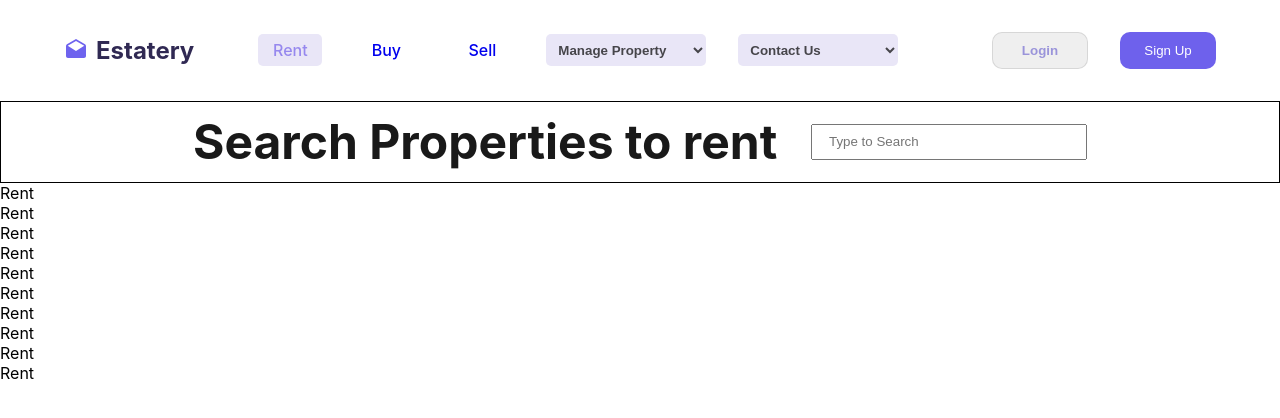
Repository: kapil4457/Reunion-Internship-Assignment
Page: /
These files come from the project's save history. The page is drawn as it stood at one moment and after the next save; the edit follows.
The browser window is 1280 px wide. The pictures show the whole page.
The project was rebuilt for these pictures with package versions that can differ from the ones it lists, and the page was loaded fresh each time. Also part of the build but not shown: src/App.css.

Above is the page before, as saved 2022-10-05 12:43:20.

### src/App.js
import { Route, Routes } from 'react-router-dom';
import './App.css';
import Header from './components/Header/Header';
import Home from  './components/Home/Home'
import Rent from './components/Rent/Rent';

function App() {
  return (
    <>
    <Header />
    <Routes>
      <Route path='/' element={<Home/>}/>
      <Route path='/rent' element={<Rent/>}/>
    </Routes>
    </>
  );
}

export default App;

### src/components/Header/Header.jsx
import React from "react";
import DraftsIcon from "@mui/icons-material/Drafts";
import { NavLink } from "react-router-dom";
import "./Header.css";
const Header = () => {
  return (
    <>
      <div className="header">
        <div className="left">
          <div className="logo">
            <DraftsIcon />
            <span>Estatery</span>
          </div>
          <div className="categories">
            <NavLink
              to="/rent"
              className={({ isActive }) => (isActive ? "activeClass" : "")}
            >
              Rent
            </NavLink>
            <NavLink
              strict
              to="/buy"
              className={({ isActive }) => (isActive ? "activeClass" : "")}
            >
              Buy
            </NavLink>
            <NavLink
              strict
              to="/sell"
              className={({ isActive }) => (isActive ? "activeClass" : "")}
            >
              Sell
            </NavLink>
            <select name="" id="manage">
              <option value="Manage Property" hidden>
                Manage Property
              </option>
              <option value="Owned">Owned</option>
              <option value="BookMarked">BookMarked</option>
            </select>
            <select name="" id="resources">
              <option value="contact">Contact Us</option>
              <option value="FAQ">FAQ</option>
            </select>
          </div>
        </div>
        <div className="right">
          <button className="login">Login</button>
          <button className="sign-up">Sign Up</button>
        </div>
      </div>
    </>
  );
};

export default Header;

### src/components/Home/Home.jsx
import React, { useEffect } from "react";
import { useNavigate } from "react-router-dom";

const Home = () => {
  const navigate = useNavigate();
  useEffect(() => {
    navigate("/rent");
  });
  return <></>;
};

export default Home;

### src/components/Rent/Rent.jsx
import React from "react";
import { home } from "../../home";
import RentCard from "../RentCard/RentCard";
import "./Rent.css";
const Rent = () => {
  return (
    <>
      <div className="rent-main">
        <div className="first">
          <div className="heading">Search Properties to rent</div>
          <input className="search-bar" placeholder="Type to Search" />
        </div>
        {home.map((item, idx) => (
          <RentCard data={item} key={idx} />
        ))}
      </div>
    </>
  );
};

export default Rent;

### src/components/Header/Header.css

.header{
display:flex;
justify-content:space-between;
align-items:center;
padding:2rem 4rem;
}

.left{
    display:flex;
    align-items:center;
    gap:4rem;
}
.left > .logo{
    display:flex;
    align-items:center;
    gap:0.5rem;
    font-size:1.5rem;
    font-weight:650;
    color:rgb(48,41,83);
}

.left > .logo > svg{
    color:rgb(110,99,238);
}

.categories{
    display:flex;
    align-items:center;
    gap:2rem;
}

.categories > a{
    text-decoration:none;
    font-weight:550;
    height:2rem;
    display:flex;
    align-items:center;
    width:4rem;
    justify-content: center;
}

.activeClass{
    color:rgb(150, 136, 238);
    background-color: rgb(233,230,247);
    border-radius: 5px;
}

.categories > select{
    width:10rem;
    height:2rem;
    border:none;
    outline:none;
    color:rgba(0,0,0,0.7);
    font-weight:550;
    background-color:rgb(233,230,247);
    border-radius:5px;
    padding:0 0.5rem;
}

.right{
    display:flex;
    align-items:center;
    gap:2rem;

}

.right > button {
    width:6rem;
    height:2.3rem;
    border-radius:10px;
    outline:none;

}

.login{
border:1px solid rgba(0,0,0,0.1);
color:rgb(154, 148, 218);
font-weight:650;
}

.sign-up
{
    background-color:rgb(110,97,236);
    color:white;
    border:none;
}

### src/home.js
export const home = [

        {
            state:"Nagpur",
            price:2500,
            address:" Lorem ipsum dolor sit amet consectetur adipisicing elit. Quis",
            bedCount:2,
            bathCount:2,
            area:"8x10",
            image:"h1.jpg",
            moveIn:new Date(2022,10,20)

        },
        {
            state:"Lonavala",
            price:2600,
            address:" Lorem ipsum dolor sit amet consectetur adipisicing elit. Quis",
            bedCount:2,
            bathCount:2,
            area:"8x12",
            image:"h2.jpg",
            moveIn:new Date(2022,11,20)


        },     {
            state:"Bathinda",
            price:3000,
            address:" Lorem ipsum dolor sit amet consectetur adipisicing elit. Quis",
            bedCount:3,
            bathCount:2,
            area:"10x12",
            image:"h3.jpg",
            moveIn:new Date(2022,11,12)


        },     {
            state:"Chandigarh",
            price:2700,
            address:" Lorem ipsum dolor sit amet consectetur adipisicing elit. Quis",
            bedCount:2,
            bathCount:2,
            area:"10x10",
            image:"h4.jpg",
            moveIn:new Date(2023,1,20)


        },     {
            state:"Pune",
            price:3800,
            address:" Lorem ipsum dolor sit amet consectetur adipisicing elit. Quis",
            bedCount:3,
            bathCount:3,
            area:"8x10",
            image:"h5.jpg",
            moveIn:new Date(2023,1,10)

        },     {
            state:"Shimla",
            price:3400,
            address:" Lorem ipsum dolor sit amet consectetur adipisicing elit. Quis",
            bedCount:3,
            bathCount:2,
            area:"12x10",
            image:"h6.jpg",
            moveIn:new Date(2023,2,15)


        },     {
            state:"Kochi",
            price:2100,
            address:" Lorem ipsum dolor sit amet consectetur adipisicing elit. Quis",
            bedCount:2,
            bathCount:2,
            area:"9x10",
            image:"h7.jpg",
            moveIn:new Date(2023 , 2 ,15)

        },     {
            state:"Banaras",
            price:2500,
            address:" Lorem ipsum dolor sit amet consectetur adipisicing elit. Quis",
            bedCount:2,
            bathCount:2,
            area:"8x10",
            image:"h8.jpg",
            moveIn:new Date(2023 , 3 ,19)


        },     {
            state:"Banglore",
            price:4000,
            address:" Lorem ipsum dolor sit amet consectetur adipisicing elit. Quis",
            bedCount:3,
            bathCount:2,
            area:"10x14",
            image:"h9.jpg",
            moveIn:new Date(2023 , 5 , 19)


        },     {
            state:"Aurangabad",
            price:3000,
            address:" Lorem ipsum dolor sit amet consectetur adipisicing elit. Quis",
            bedCount:2,
            bathCount:2,
            area:"8x10",
            image:"h10.jpg",
            moveIn:new Date(2023 , 6 , 6)


        },

]

### src/components/RentCard/RentCard.jsx
import React from "react";

const RentCard = ({ data }) => {
  return <div>Rent</div>;
};

export default RentCard;

### src/components/Rent/Rent.css
.first{
    display:flex;
    height:5rem;
    border:1px solid black;
    justify-content: space-between;
    align-items:center;
    padding:0 12rem;
}

.first > .heading{
    font-size:3rem;
    font-weight:650;
    color:rgba(0,0,0,0.9);
}

.first > .search-bar{
    width:15rem;
    padding:0 1rem;
    height:2rem;
}

Loaded but not shown: public/index.html (common file); src/index.js (common file); src/index.css (common file); src/reportWebVitals.js (common file)

After the next save:
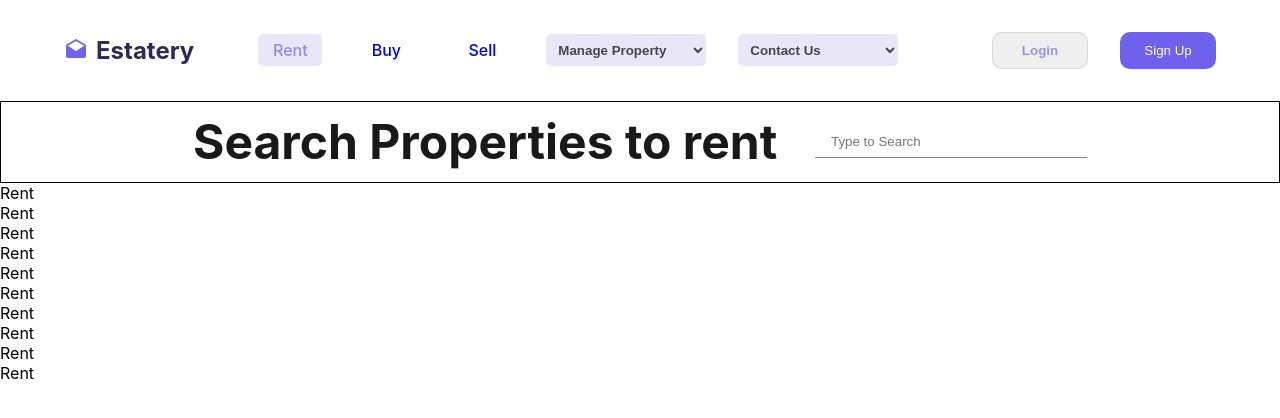
Saved 18 s later.
--- a/src/components/Rent/Rent.css
+++ b/src/components/Rent/Rent.css
@@ -16,5 +16,7 @@
 .first > .search-bar{
     width:15rem;
     padding:0 1rem;
+    border:none;
+    border-bottom:1px solid gray;
     height:2rem;
 }
